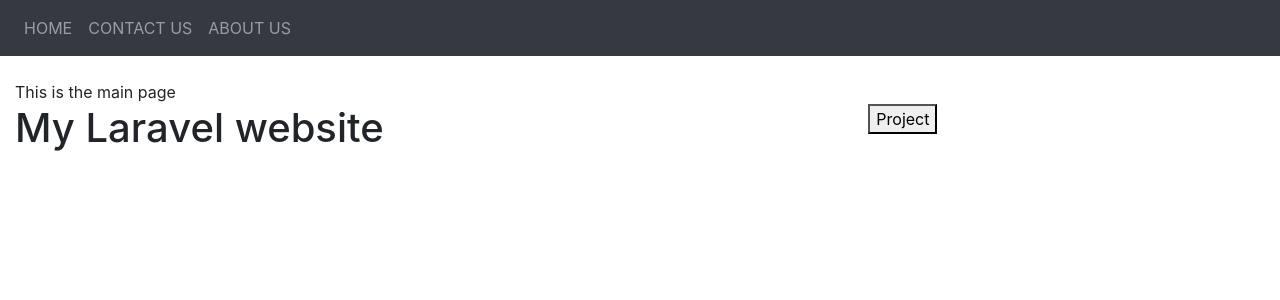
Repository: ROCKY-SAM/laravel5.7
Page: http://localhost/
The author's editor kept a copy of each file at every save. The page is drawn from the files as they stood at one save, then again after the next save.
The browser window is 1280 px wide. The pictures show the whole page.
The page is served by the project's Laravel application, run on PHP 8.4 with Laravel 8. Queries for data that is not in the repository find no rows.

Above is the page before, as saved 2018-11-11 14:44:51.

After the next save:
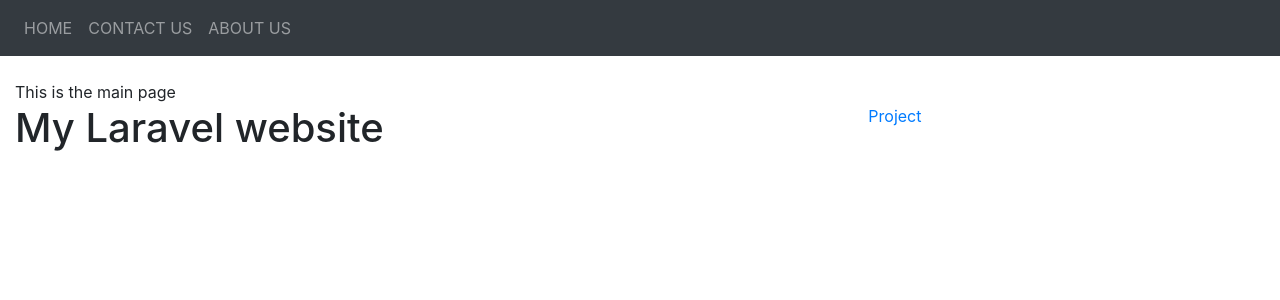
Saved 42 s later.
--- a/resources/views/welcome.blade.php
+++ b/resources/views/welcome.blade.php
@@ -10,7 +10,7 @@ This is the main page
 <br>
 <div class="row">
     <div class="col-8"> <h1>My {{ $foo }} website</h1> </div>
-    <div class="col-4"> <button href="/project/create"> Project </button> </div>
+    <div class="col-4"> <a href="/project/create"> Project </buttaon> </div>
 </div>
 
 
